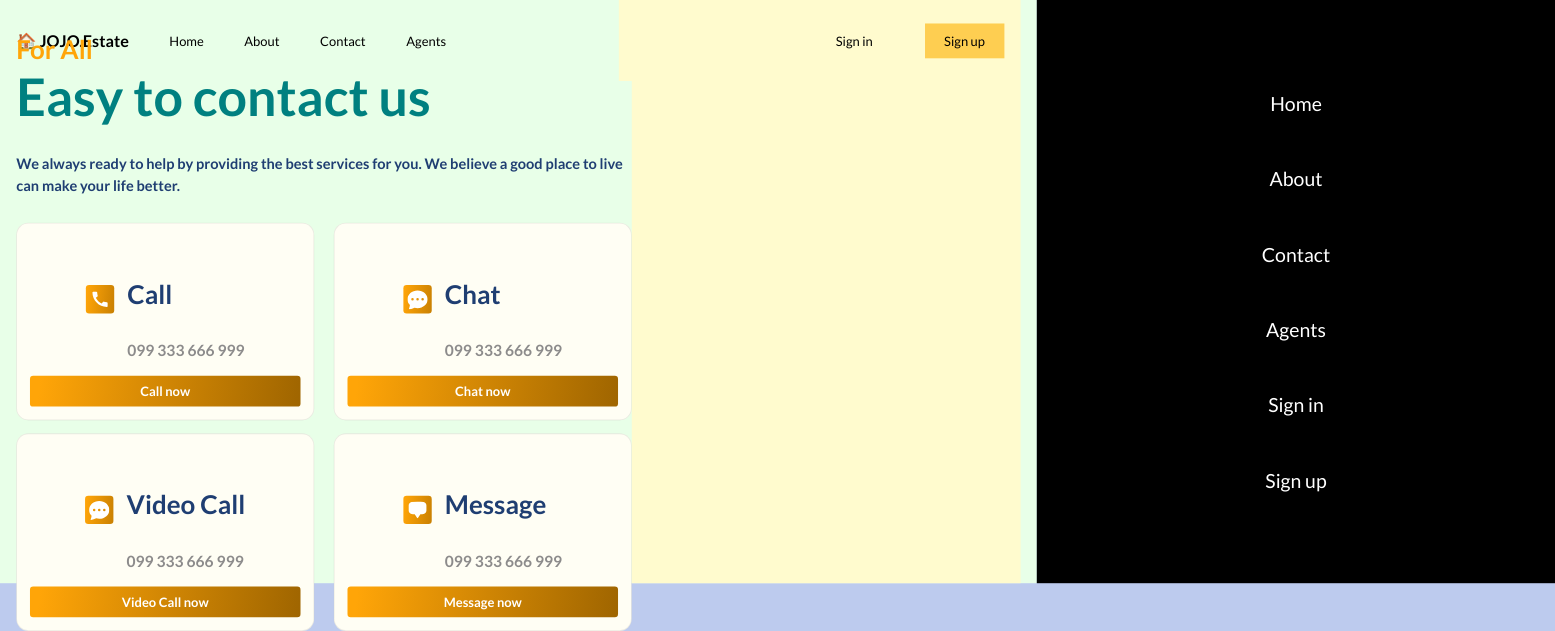
Repository: AiTrinh303/JOJO-estate
Page: /contact (app in client/)
The author's editor kept a copy of each file at every save. The page is drawn from the files as they stood at one save, then again after the next save.
The browser window is 1280 px wide. The page is 1920 px wide, so the pictures cover 1920 px, including what lies to the right of the window. The pictures show the whole page, at 81% of full size.
The page's requests for data from a server got no answer. The project was rebuilt for these pictures with package versions that can differ from the ones it lists, and the page was loaded fresh each time. No one was signed in, and anything a server would have sent is missing. Also part of the build but not shown: client/vite.config.js, client/src/components/searchBar/searchBar.scss, client/src/components/searchBar/SearchBar.jsx, client/src/routes/homePage/homePage.scss, client/src/routes/homePage/homePage.jsx, client/src/routes/listPage/listPage.scss, client/src/components/filter/filter.scss, client/src/components/filter/Filter.jsx and 30 more. Imported but missing from the stored project, and not drawn on this page: client/src/components/uploadWidget/UploadWidget.

Above is the page before, as saved 2024-10-15 15:02:57.

After the next save:
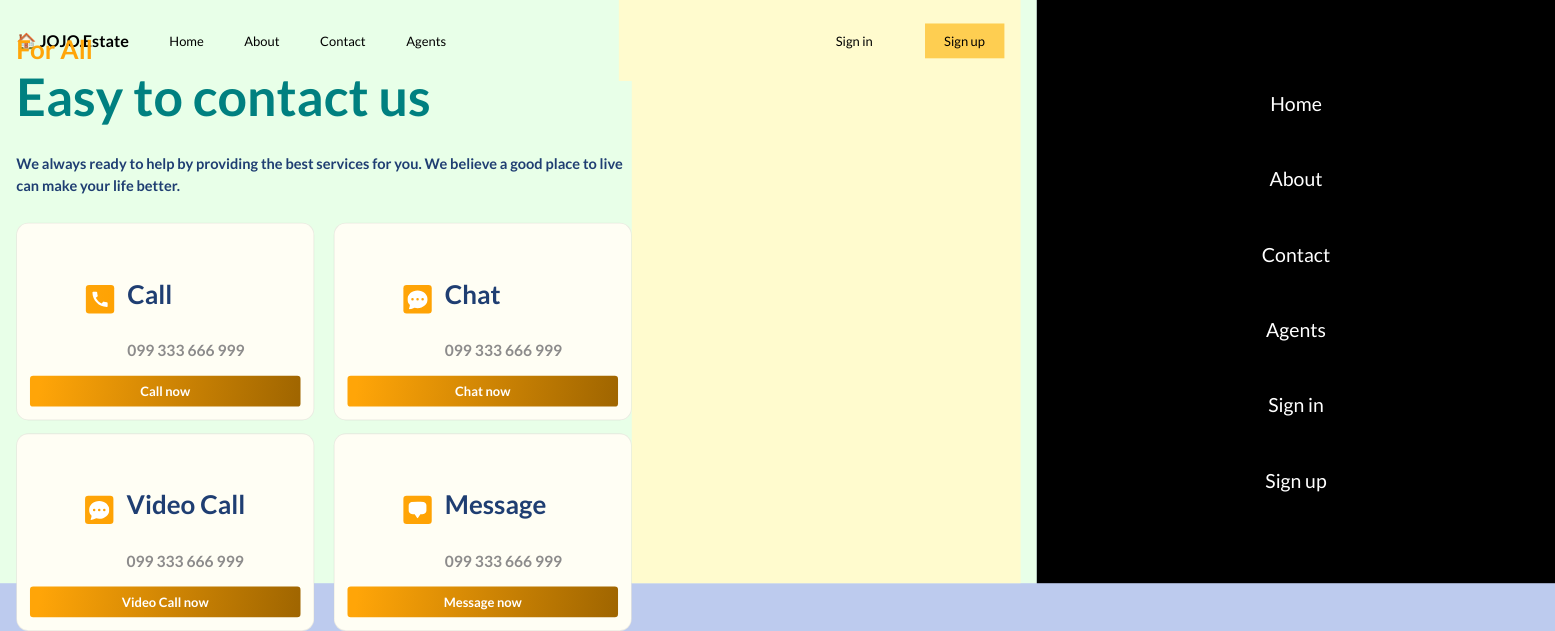
Saved 9 s later.
--- a/client/src/routes/contactPage/contactPage.scss
+++ b/client/src/routes/contactPage/contactPage.scss
@@ -65,7 +65,7 @@
                         justify-content: center;
                         align-items: center;
                         color: white;
-                        background: linear-gradient(97.05deg, #FFA508 3.76%, #c98002 100%);
+                        background: linear-gradient(97.05deg, #FFA508 3.76%, #ffa202 100%);
                         border: none;
                         border-radius: 4px;
                         padding: 5px;
